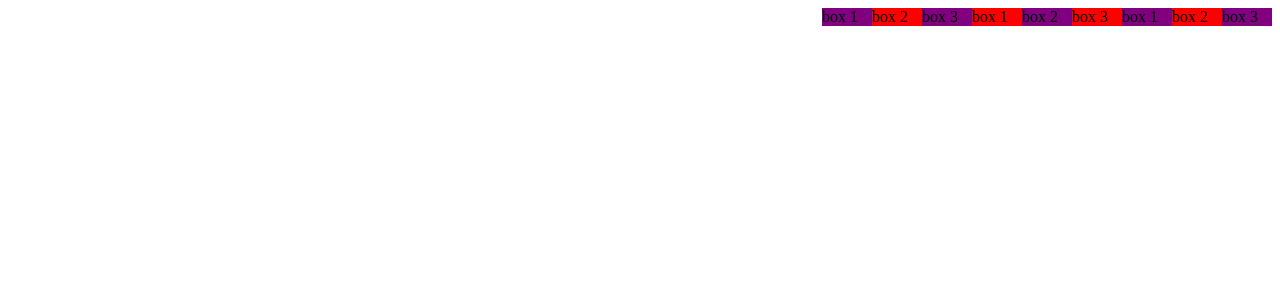
Repository: tianjiewang2022/tianjiewang2022.github.io
Page: index.html
An editor plug-in stored every save of this project. The page is shown before and after the next save, followed by the edit.
The browser window is 1280 px wide. The pictures show the whole page.

Above is the page before, as saved 2023-10-01 16:38:41.

After the next save:
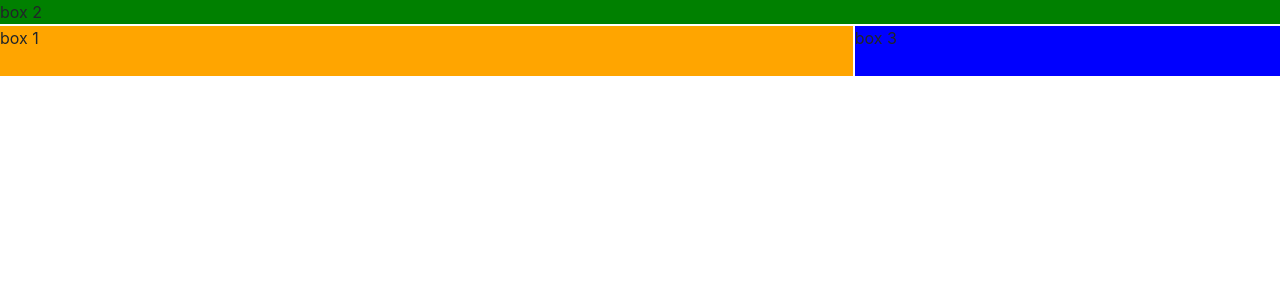
Saved 23 min 0 s later.
--- a/index.html
+++ b/index.html
@@ -1,41 +1,44 @@
 <html>
 
     <head>
-        <style>
-            .flex-container {
-                display: flex;
-                /* flex-direction: column; */
-                flex-basis: 50px;
-                flex-wrap: wrap;
-                justify-content: flex-end;
-            }
+
+        <link rel="stylesheet" href="https://stackpath.bootstrapcdn.com/bootstrap/4.4.1/css/bootstrap.min.css">
 
 
-            .flex-container div {
-                background-color: purple;
-                /* width: 100%; */
-            }
+        <style>
+            .grid-container {
+                display: grid;
+                grid-template-areas:
+                    "box2 box2 box2"
+                    "box1 box1 box3"
+                    "box1 box1 box3"
+                ;
 
-            .flex-container div:nth-child(2n) {
-                background-color: red;
+                grid-template-columns: 1fr 1fr 1fr;
+                grid-template-rows: 1fr 1fr 1fr;
+                /* grid-column-gap: 02px;
+                grid-row-gap: 02px; */
+                grid-gap: 2px;
+                /* grid-auto-rows: 50px 25px; */
             }
 
             .box1 {
-                width: 50px;
-                /* flex: 1;
-                order: 2; */
+                background-color: orange;
+                /* grid-column: 1/3; */
+                grid-area: box1;
             }
 
             .box2 {
-                width: 50px;
-                /* flex: 1;
-                order: 1; */
+                background-color: green;
+                /* grid-row: 1/3; */
+                grid-area: box2;
+
             }
 
             .box3 {
-                width: 50px;
-                /* flex: 1;
-                order: 3; */
+                grid-area: box3;
+
+                background-color: blue;
             }
         </style>
 
@@ -43,26 +46,11 @@
 
     <body>
 
-        <div class="flex-container">
-            <div class="box1">
-                box 1
-            </div>
-            <div class="box2">
-                box 2
-            </div>
-            <div class="box3">
-                box 3
-            </div>
+        <div class="container">
 
-            <div class="box1">
-                box 1
-            </div>
-            <div class="box2">
-                box 2
-            </div>
-            <div class="box3">
-                box 3
-            </div>
+        </div>
+
+        <div class="grid-container">
             <div class="box1">
                 box 1
             </div>
@@ -74,6 +62,7 @@
             </div>
 
 
+
         </div>
 
 
